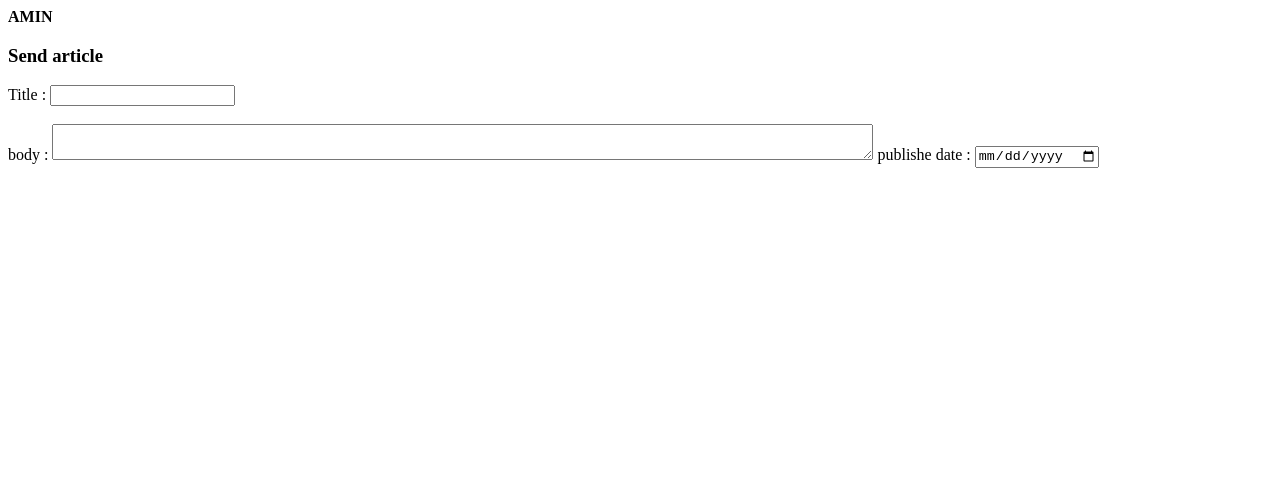
Repository: aminsheikhan/amins-github
Page: index.html
The author's editor kept a copy of each file at every save. The page is drawn from the files as they stood at one save, then again after a run of saves.
The browser window is 1280 px wide. The pictures show the whole page.

Above is the page before, as saved 2025-12-10 11:58:21.

After the next 4 saves:
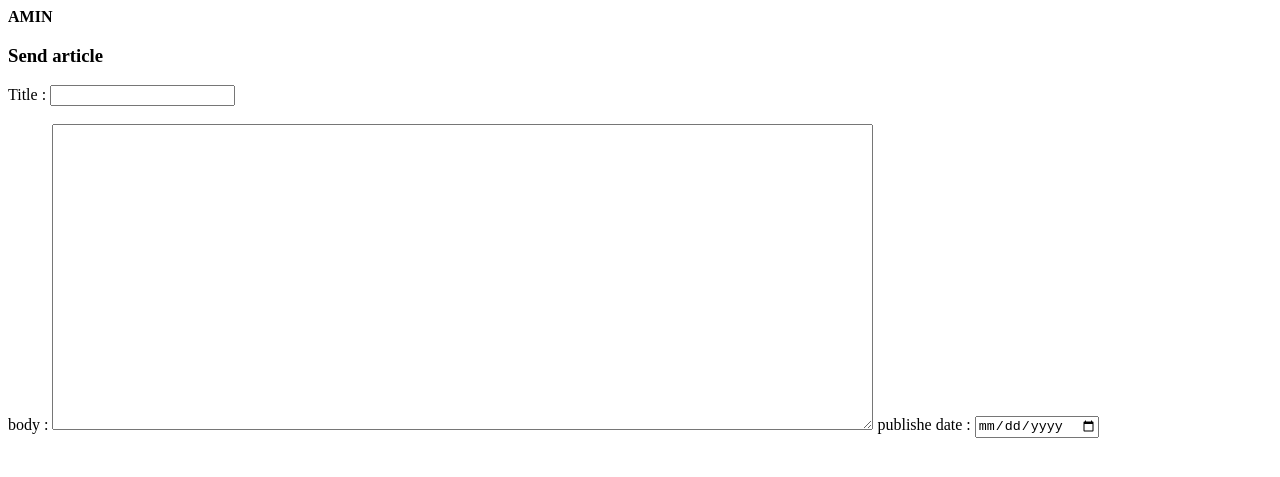
The 4 saves are shown as one change because they came seconds apart.
The last was saved 27 s later.
--- a/index.html
+++ b/index.html
@@ -67,7 +67,7 @@
             <br><br>
 
             <label>body :</label>
-            <textarea name="body" cols="100"></textarea>
+            <textarea name="body" cols="100" rows="20"></textarea>
 
 
             <label> publishe date :</label>
